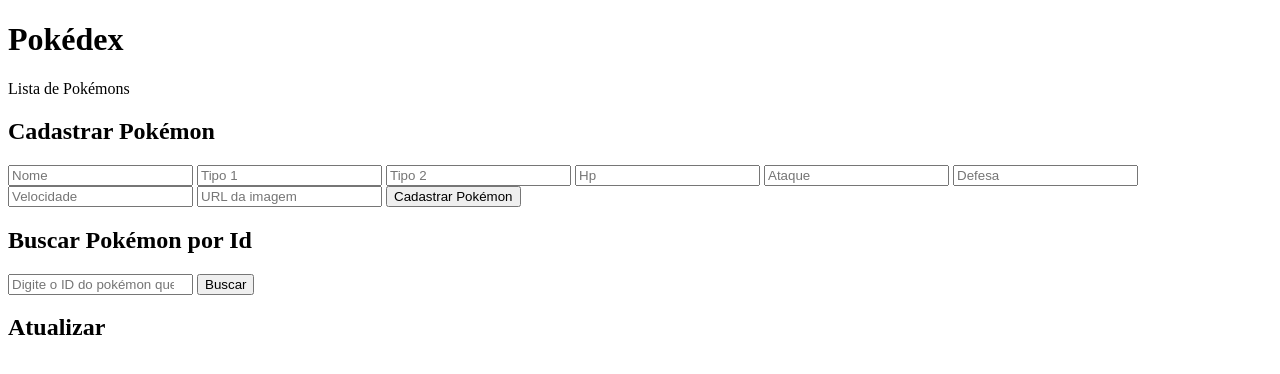
Repository: arthurSchgg/pokedex
Page: front-end/index.html
These files come from the project's save history. The page is drawn as it stood at one moment and after a run of saves; the edit follows.
The browser window is 1280 px wide. The pictures show the whole page.
The page's requests for data from a server got no answer.

Above is the page before, as saved 2026-10-01 16:02:51.

### front-end/index.html
<!DOCTYPE html>
<html lang="pt-br">

<head>
    <meta charset="UTF-8">
    <meta name="viewport" content="width=device-width, initial-scale=1.0">
    <link rel="stylesheet" href="style.css">
    <title>Pokédex</title>
</head>

<body>

    <h1>Pokédex</h1>

    <div id="container-pokemon">Lista de Pokémons</div>

    <form id="pokemon-form">

        <h2>Cadastrar Pokémon</h2>

        <input id="nome" type="text" placeholder="Nome" required>

        <input id="tipo1" type="text" placeholder="Tipo 1" required>

        <input id="tipo2" type="text" placeholder="Tipo 2">

        <input id="hp" type="number" placeholder="Hp" required>

        <input id="ataque" type="number" placeholder="Ataque" required>

        <input id="defesa" type="number" placeholder="Defesa" required>

        <input id="velocidade" type="number" placeholder="Velocidade" required>

        <input id="imagem_url" type="text" placeholder="URL da imagem" required>

        <button type="submit">Cadastrar Pokémon</button>

    </form>


    <div>
        <h2>Buscar Pokémon por Id</h2>

        <input
            type="number"
            id="id"
            placeholder="Digite o ID do pokémon que deseja buscar"
        >

        <button id="buscar-pokemon">Buscar</button>
    </div>

    <div id="pokemon-buscado"></div>

    <div>
        <h2>Atualizar </h2>
    </div>

    <script src="script.js"></script>
</body>

</html>

### front-end/script.js
const API_URL = "http://localhost:8181/v1/pokedex";

//Lista os pokemons
async function carregarPokemon() {
    try {
        const resposta = await fetch(`${API_URL}/listar`);

        if (!resposta.ok) {
            throw new Error(`Erro no servidor: ${resposta.status}`);
        }

        const pokemons = await resposta.json();

        console.log("Pokémons carregados:", pokemons);

        const container = document.getElementById("container-pokemon");

        pokemons.forEach(pokemon => {

            const card = document.createElement("div");

            card.innerHTML = `
                <h2>${pokemon.nome}</h2>

                <img src="${pokemon.imagemUrl}" alt="${pokemon.nome}">

                <p>ID: ${pokemon.id}</p>

                <p>Tipo: ${pokemon.tipo1}</p>

                <p>HP: ${pokemon.hp}</p>

                <p>Ataque: ${pokemon.ataque}</p>

                <p>Defesa: ${pokemon.defesa}</p>

                <p>Velocidade: ${pokemon.velocidade}</p>

            `;

            container.appendChild(card);
        });

    } catch (erro) {
        console.error("Erro ao buscar pokémons na linha do fetch:", erro);
    }
}

carregarPokemon();


//Cadastra um novo pokémon
const formulario = document.getElementById("pokemon-form");

formulario.addEventListener("submit", async (event) => {

    event.preventDefault();

    const pokemon = {

        nome: document.getElementById("nome").value,

        tipo1: document.getElementById("tipo1").value,

        tipo2: document.getElementById("tipo2").value,

        hp: Number(document.getElementById("hp").value),

        ataque: Number(document.getElementById("ataque").value),

        defesa: Number(document.getElementById("defesa").value),

        velocidade: Number(document.getElementById("velocidade").value),

        imagemUrl: document.getElementById("imagem_url").value
    }

    try {
        const resposta = await fetch(
            "http://localhost:8181/v1/pokedex/cadastrar",
            {
                method: "POST",

                headers: {
                    "Content-Type": "application/json"
                },

                body: JSON.stringify(pokemon)
            }
        );

        if(!resposta.ok){
            throw new Error("Erro ao cadastrar Pokémon");
        }

        const pokemonCadastrado = await resposta.json();

        console.log("Pokémon cadastrado: " + pokemonCadastrado);

        alert("Pokémon cadastrado com sucesso!");

        formulario.reset();
    } catch (erro){
        console.error("Erro: " , erro);

        alert("Não foi possível cadastrar o Pokémon.")
    }
});

//Busca um pokémon pelo seu ID

const botaoBuscar = document.getElementById("buscar-pokemon");

botaoBuscar.addEventListener("click", async () => {

    const id = document.getElementById("id").value;

    if(!id){
        alert("Digite um ID.");
        return;
    }

    try {
        const resposta = await fetch(`${API_URL}/${id}`);

        if(!resposta.ok){
            throw new Error(`Pokémon não encontrado. Status: ${resposta.status}`);
        }

        const pokemon = await resposta.json();

        console.log("Pokémon encontrado: ", pokemon);

        const container = document.getElementById("pokemon-buscado");

        container.innerHTML = `
            <div class="card-pokemon">

                <h2>${pokemon.nome}</h2>

                <img
                    src="${pokemon.imagemUrl}"
                    alt="${pokemon.nome}"
                >

                <p>Tipo 1: ${pokemon.tipo1}</p>
                <p>Tipo 2: ${pokemon.tipo2 || "Nenhum"}</p>

                <p>HP: ${pokemon.hp}</p>
                <p>Ataque: ${pokemon.ataque}</p>
                <p>Defesa: ${pokemon.defesa}</p>
                <p>Velocidade: ${pokemon.velocidade}</p>

            </div>
        `;
    } catch(erro){
        console.error("Erro ao buscar o Pokémon: ", erro);

        alert("Pokémon não encontrado");
    }

});

Loaded but not shown: front-end/style.css (no stored copy; drawn as an empty file)

After the next 3 saves:
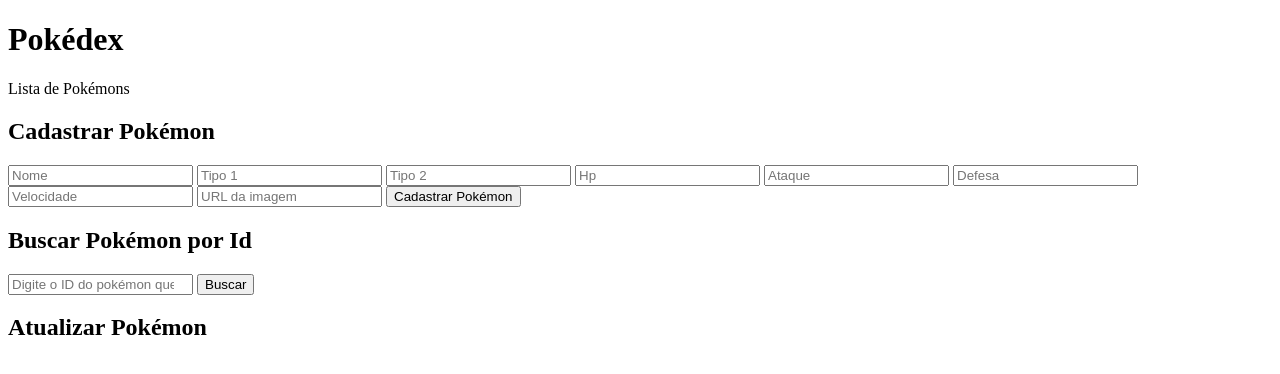
The 3 saves are shown as one change because they came seconds apart.
The last was saved 7 s later.
--- a/front-end/index.html
+++ b/front-end/index.html
@@ -54,7 +54,9 @@
     <div id="pokemon-buscado"></div>
 
     <div>
-        <h2>Atualizar </h2>
+        <h2>Atualizar Pokémon</h2>
+
+        <form action=""></form>
     </div>
 
     <script src="script.js"></script>
